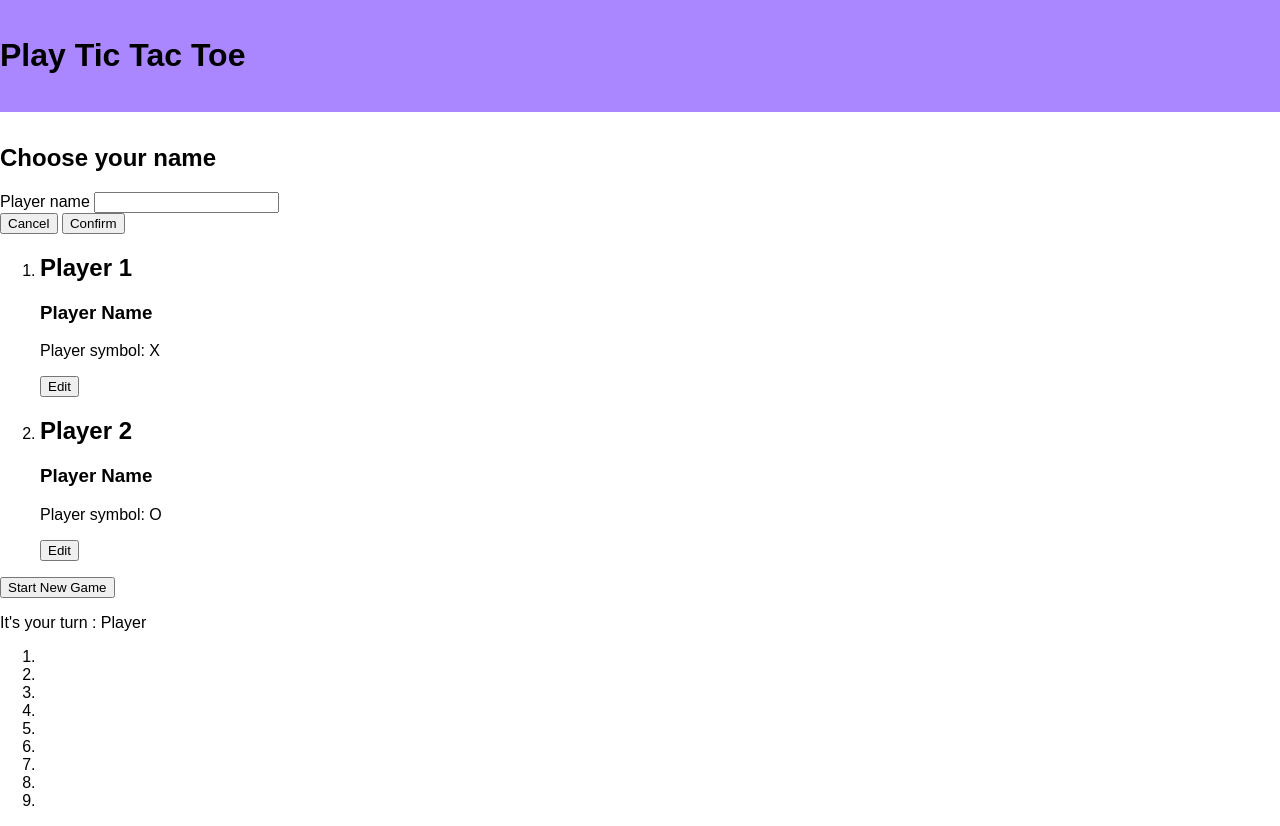
Repository: Harjot00/Wevdev
Page: Tic tac toe/index.html
The author's editor kept a copy of each file at every save. The page is drawn from the files as they stood at one save, then again after the next save.
The browser window is 1280 px wide. The pictures show the whole page.
Some web fonts or font styles are not loaded; a fallback is used.

Above is the page before, as saved 2022-05-20 23:09:13.

### Tic tac toe/index.html
<!DOCTYPE html>
<html lang="en">
<head>
    <meta charset="UTF-8">
    <meta http-equiv="X-UA-Compatible" content="IE=edge">
    <meta name="viewport" content="width=device-width, initial-scale=1.0">
    <link rel="stylesheet" href="styles.css">
    <link href="https://fonts.googleapis.com/css2?family=Roboto:wght@100&family=Send+Flowers&display=swap" rel="stylesheet">
    <title>Tic Tac Toe</title>

</head>
<body>
    <header>
        <h1>Play Tic Tac Toe</h1>

    </header>
    <main>
        <aside>
            <h2>Choose your name</h2>
            <form >
                <div>
                    <label for = "playername">Player name</label>
                    <input type="text" name="username" id="username"/>

                </div>
                <div>
                    <button type="button"> Cancel</button>
                    <button type="submit">Confirm</button>
                </div>
            </form>
        </aside>
        <div id="gamestyle">
            <ol>
                <li>
                    <h2>Player 1</h2>
                    <h3>Player Name</h3>
                    <p>Player symbol: X</p>
                    <button>Edit</button>
                </li>
                <li>
                    <h2>Player 2</h2>
                    <h3>Player Name</h3>
                    <p>Player symbol: O</p>
                    <button>Edit</button>
                </li>
            </ol>
            <button>Start New Game</button>
        </div>
         <section id="active-game">
             <p>It's your turn : Player</p>
             <ol>
                 <li></li>
                 <li></li>
                 <li></li>
                 <li></li>
                 <li></li>
                 <li></li>
                 <li></li>
                 <li></li>
                 <li></li>
             </ol>
         </section>
    </main>

</body>
</html>

### Tic tac toe/styles.css
@import url('https://fonts.googleapis.com/css2?family=Roboto:wght@100&family=Send+Flowers&display=swap');
body{
    font-family: 'Montserrat', sans-serif;
    margin: 0;
    padding: 0;
}
header{
    background-color: #AB87FF;
    margin:0 0 2rem 0;
    padding: 1rem 0;
}

After the next save:
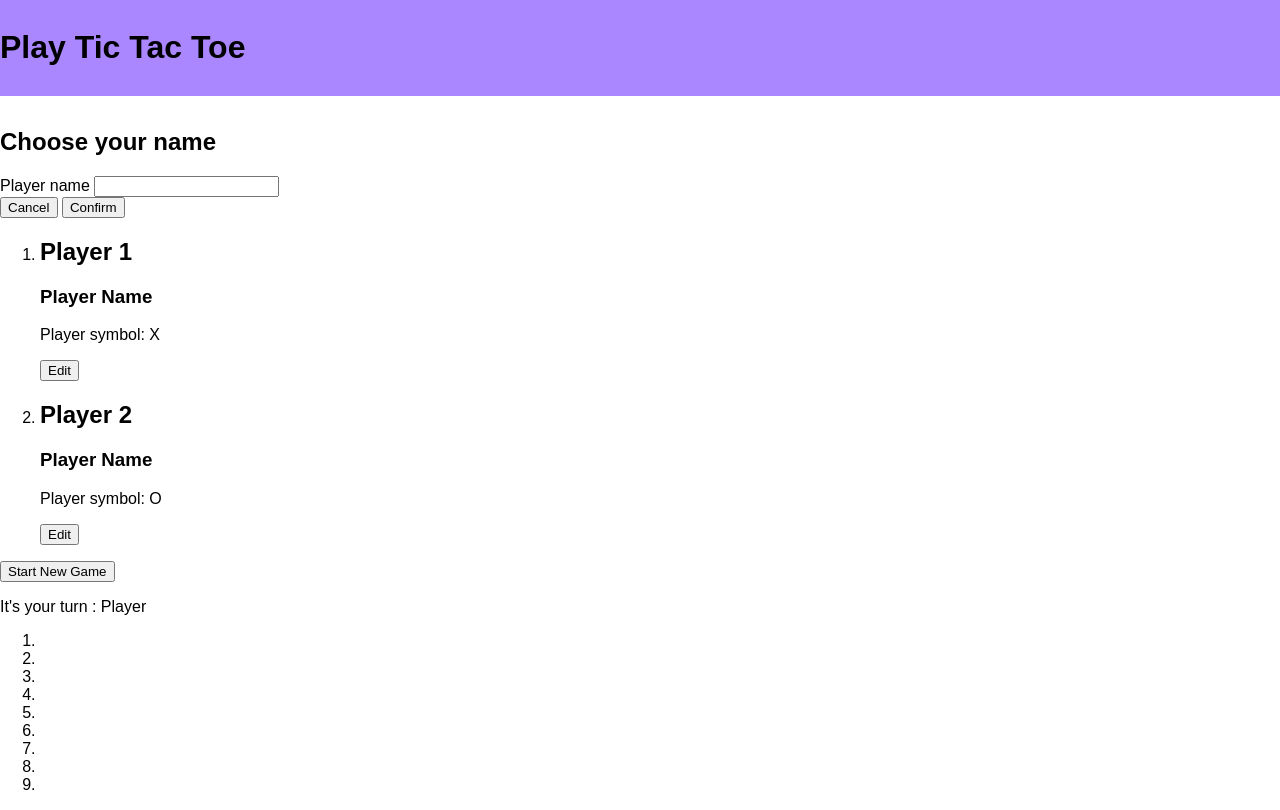
Saved 7 s later.
--- a/Tic tac toe/styles.css
+++ b/Tic tac toe/styles.css
@@ -7,5 +7,5 @@ body{
 header{
     background-color: #AB87FF;
     margin:0 0 2rem 0;
-    padding: 1rem 0;
+    padding: 0.5rem 0;
 }
